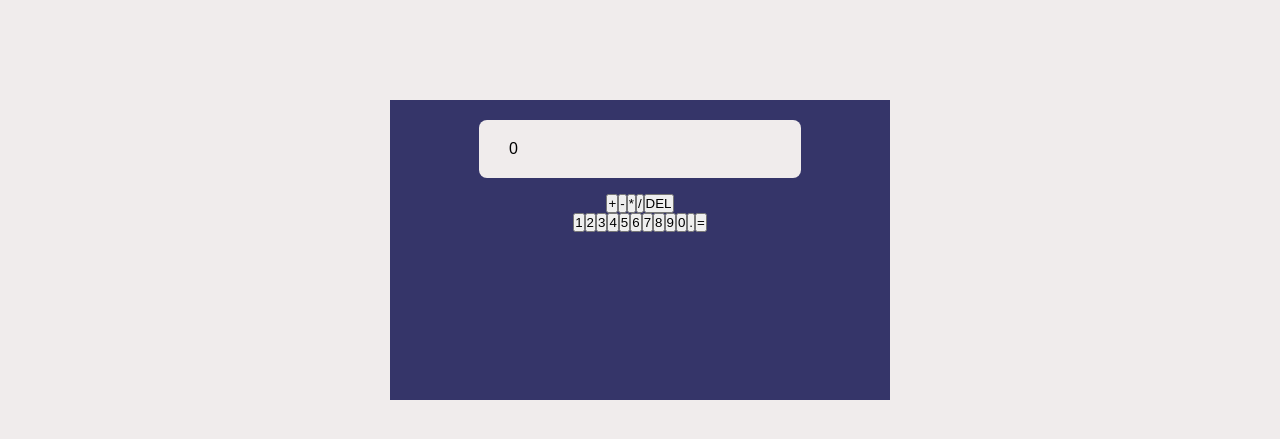
Repository: Bishek666/simple-calculator
Page: /
These files come from the project's save history. The page is drawn as it stood at one moment and after the next save; the edit follows.
The browser window is 1280 px wide. The pictures show the whole page.
The project was rebuilt for these pictures with package versions that can differ from the ones it lists, and the page was loaded fresh each time.

Above is the page before, as saved 2021-10-20 17:43:46.

After the next save:
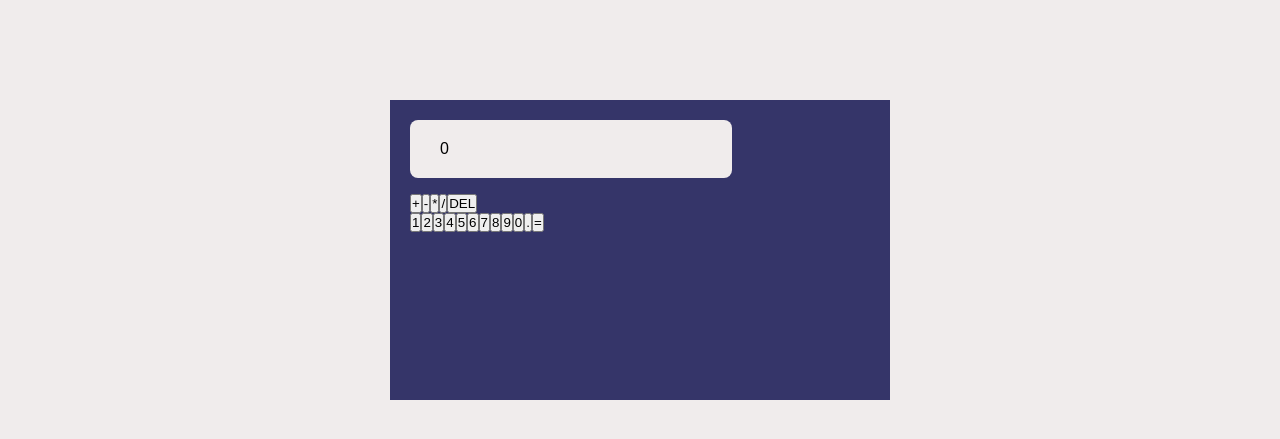
Saved 15 s later.
--- a/src/index.css
+++ b/src/index.css
@@ -19,7 +19,7 @@ body {
 .container-calculator {
     display: flex;
     flex-direction: column;
-    align-items: center;
+    align-items: start;
     justify-content: start;
     background-color: var(--primary);
     height: 300px;
